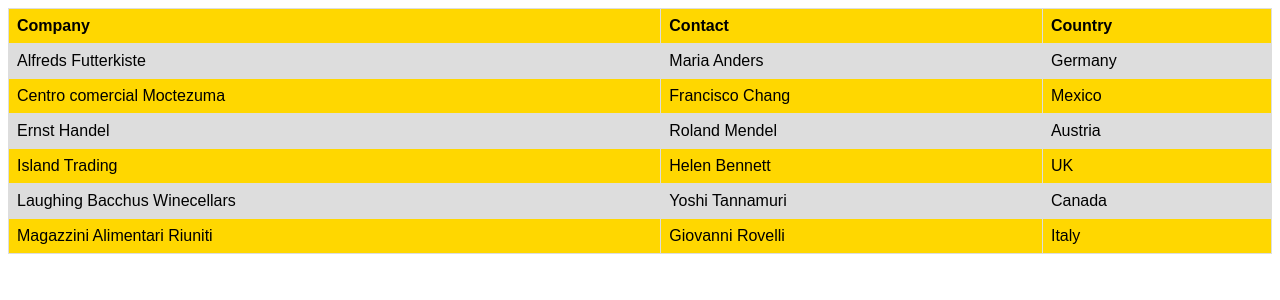
Repository: poomshen/team_03_project2
Page: WebBasic/WebContent/Ex09_Basic_Table.html
These files come from the project's save history. The page is drawn as it stood at one moment and after the next save; the edit follows.
The browser window is 1280 px wide. The pictures show the whole page.

Above is the page before, as saved 2016-08-26 08:40:22.

### WebBasic/WebContent/Ex09_Basic_Table.html
<!DOCTYPE html>
<html>
<head>
<meta charset="UTF-8">
<title>Insert title here</title>
<style>
table {
    font-family: arial, sans-serif;
    border-collapse: collapse;
    width: 100%;
}

td, th {
    border: 1px solid #dddddd;
    text-align: left;
    padding: 8px;
}

tr:nth-child(even) {/*짝수 */
    background-color: #dddddd;
}
tr:NTH-CHILD(odd) {/*홀수 */
	background-color: gold;
}
</style>
</head>
<body>
<table>
  <tr>
    <th>Company</th>
    <th>Contact</th>
    <th>Country</th>
  </tr>
  <tr>
    <td>Alfreds Futterkiste</td>
    <td>Maria Anders</td>
    <td>Germany</td>
  </tr>
  <tr>
    <td>Centro comercial Moctezuma</td>
    <td>Francisco Chang</td>
    <td>Mexico</td>
  </tr>
  <tr>
    <td>Ernst Handel</td>
    <td>Roland Mendel</td>
    <td>Austria</td>
  </tr>
  <tr>
    <td>Island Trading</td>
    <td>Helen Bennett</td>
    <td>UK</td>
  </tr>
  <tr>
    <td>Laughing Bacchus Winecellars</td>
    <td>Yoshi Tannamuri</td>
    <td>Canada</td>
  </tr>
  <tr>
    <td>Magazzini Alimentari Riuniti</td>
    <td>Giovanni Rovelli</td>
    <td>Italy</td>
  </tr>
</table>
</body>
</html>

After the next save:
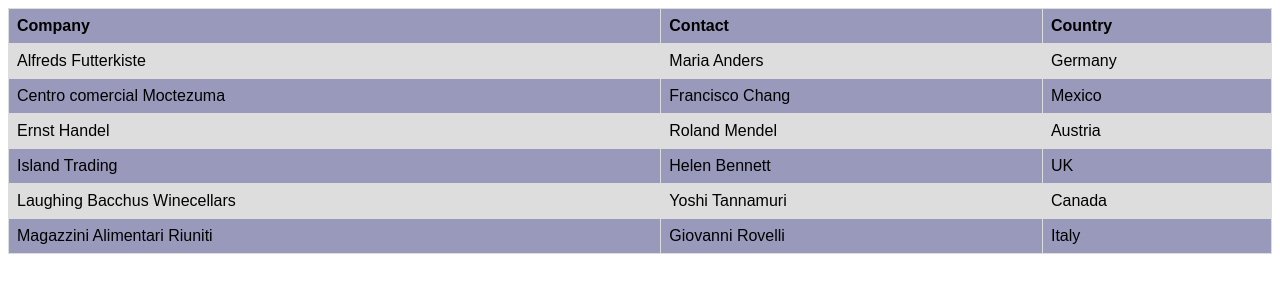
Saved 35 s later.
--- a/WebBasic/WebContent/Ex09_Basic_Table.html
+++ b/WebBasic/WebContent/Ex09_Basic_Table.html
@@ -20,7 +20,7 @@ tr:nth-child(even) {/*짝수 */
     background-color: #dddddd;
 }
 tr:NTH-CHILD(odd) {/*홀수 */
-	background-color: gold;
+	background-color: #999ABB;
 }
 </style>
 </head>
